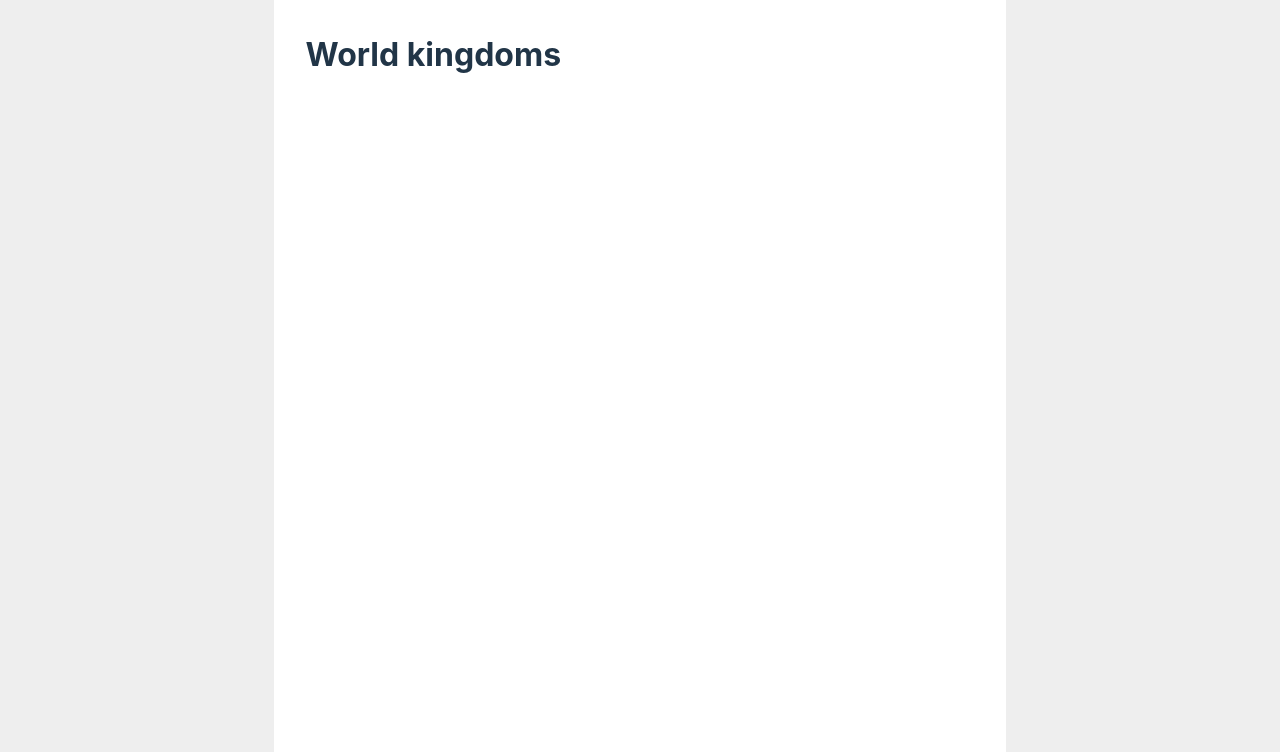
Repository: SamanthaYan298/my_world_kingdoms
Page: /
These files come from the project's save history. The page is drawn as it stood at one moment and after the next save; the edit follows.
The browser window is 1280 px wide. The pictures show the whole page.
The page's requests for data from a server got no answer. The project was rebuilt for these pictures with package versions that can differ from the ones it lists, and the page was loaded fresh each time. No one was signed in, and anything a server would have sent is missing. Also part of the build but not shown: vite.config.js.

Above is the page before, as saved 2024-11-20 18:06:58.

After the next save:
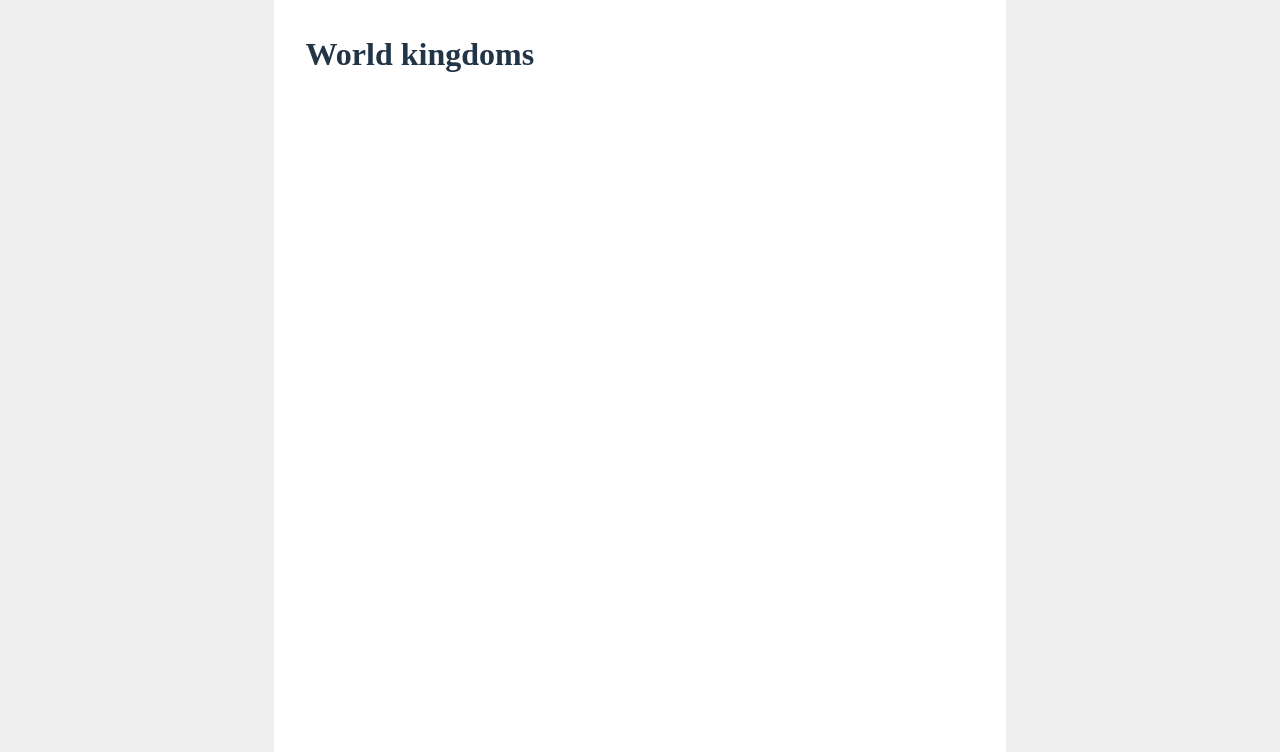
Saved 2 min 13 s later.
--- a/src/App.css
+++ b/src/App.css
@@ -5,6 +5,9 @@
   padding: 0 2rem;
   text-align: center;
   background-color: #eee;
+  font-family: "DM Serif Text", serif;
+  font-weight: 400;
+  font-style: normal;
 }
 
 h1 {
